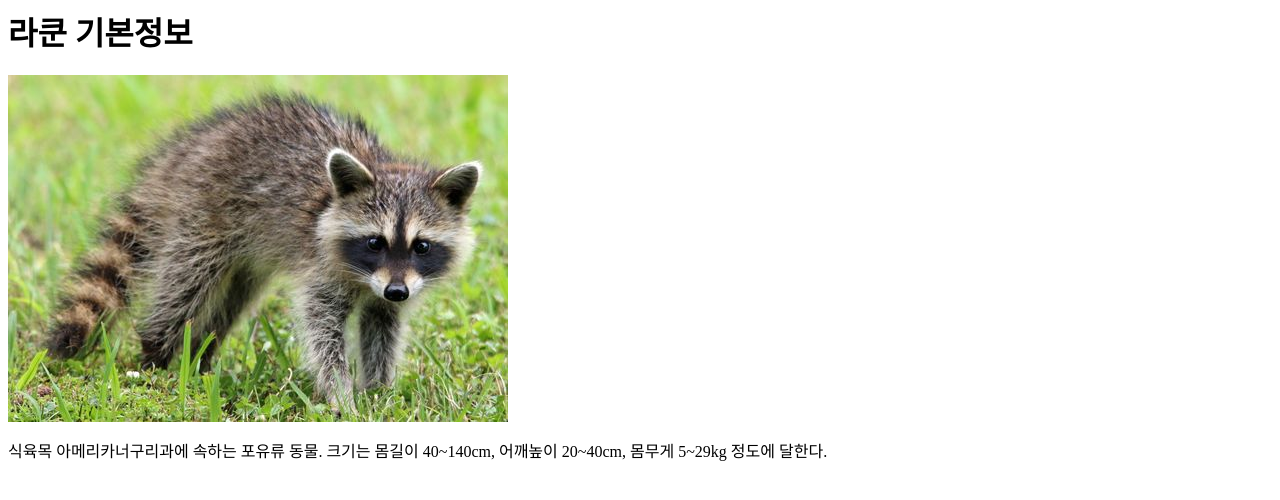
Repository: sangeun100/html
Page: http://localhost/about/about1
An editor plug-in stored every save of this project. The page is shown before and after the next save, followed by the edit.
The browser window is 1280 px wide. The pictures show the whole page.
The page is this project's Thymeleaf template; nobody is signed in. The template is opened directly, without the code that normally fills it, so the values that code supplies are empty.

Above is the page before, as saved 2022-05-24 06:24:05.

### day061/src/main/resources/templates/about/about1.html
<meta charset="UTF-8">
<style>
	#div > p{
	color: red;
	}
</style>

<h1>라쿤 기본정보</h1>
<img src ="img/018.jfif">
<div><p>식육목 아메리카너구리과에 속하는 포유류 동물.
크기는 몸길이 40~140cm, 어깨높이 20~40cm, 몸무게 5~29kg 정도에 달한다.</p></div>

After the next save:
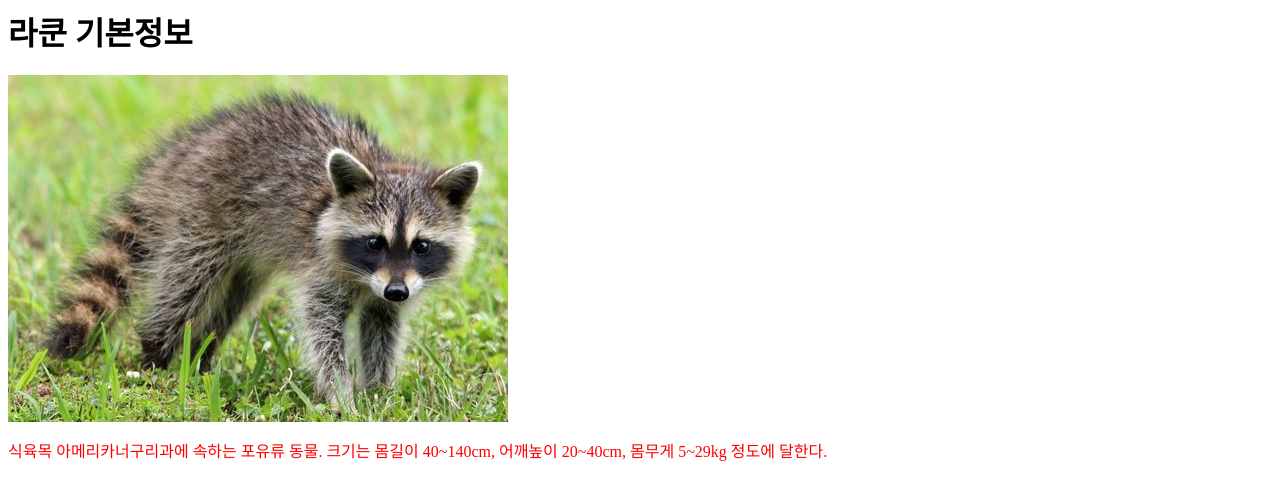
Saved 23 s later.
--- a/day061/src/main/resources/templates/about/about1.html
+++ b/day061/src/main/resources/templates/about/about1.html
@@ -1,6 +1,6 @@
 <meta charset="UTF-8">
 <style>
-	#div > p{
+	div > p{
 	color: red;
 	}
 </style>
